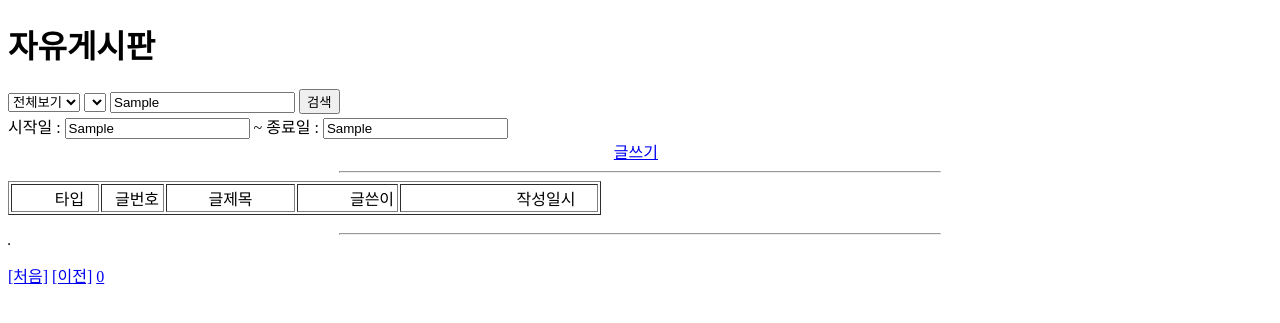
Repository: arcaorm00/seowoo_test
Page: http://localhost/mavenBoard/WEB-INF/view/freeBoard/freeBoardMain.jsp
An editor plug-in stored every save of this project. The page is shown before and after the next save, followed by the edit.
The browser window is 1280 px wide. The pictures show the whole page.
Empty fields were first filled with sample values (such as "Sample", 5 or name@example.com).
After loading, the first visible `#searchBtn` was clicked once.
The page is served by Tomcat 9. Nobody is signed in. Other server files are loaded and not shown. The template is opened directly, without the code that normally fills it, so the values that code supplies are empty.

Above is the page before, as saved 2021-01-04 06:44:37.
Console error (its wording comes from the project's code and is left out).

### mavenBoard/WebContent/WEB-INF/view/freeBoard/freeBoardMain.jsp
<%@ page language="java" contentType="text/html; charset=UTF-8"
    pageEncoding="UTF-8"%>
<%@taglib uri="http://java.sun.com/jsp/jstl/core" prefix="c"%>
<!DOCTYPE html PUBLIC "-//W3C//DTD HTML 4.01 Transitional//EN" "http://www.w3.org/TR/html4/loose.dtd">
<html>
<head>
<meta http-equiv="Content-Type" content="text/html; charset=UTF-8">
<title>Insert title here</title>
<script src="https://code.jquery.com/jquery-1.12.4.min.js"></script>

<script type="text/javascript">

	// 검색
	function searchFunction(page){

		var regExIsNumeric = /^[0-9]+$/;
		var deleteBlank = / /gi;

		var searchSelect = $("#searchSelect").val();
		var searchKeyword = $("#searchKeyword").val().replace(deleteBlank, "");

		if(searchSelect == 'DCOM001' && !searchKeyword.replace(regExIsNumeric, "") == ""){
			alert("검색어를 확인해주세요.\n글번호 검색은 숫자만 가능합니다.");
			return;
		}

		// 날짜 검색
		var regExIsDate = /[0-9]{4}\/[0-9]{2}\/[0-9]{2})/;
		var startDate = $("#startDate").val().replace(deleteBlank, "");
		var endDate = $("#endDate").val().replace(deleteBlank, "");

		if(!startDate.replaceAll("/", "").replace(regExIsNumeric, "") == "" || !endDate.replaceAll("/", "").replace(regExIsNumeric, "") == ""){
			alert("날짜는 숫자로만 입력할 수 있습니다.");
			$("#startDate").val("");
			$("#Date").val("");
			return;
		}
		if(!datatimeRegexp.test(startDate)){
			alert("날짜 입력 형식이 올바르지 않습니다.");
			return;
		}

		if((startDate != "" && endDate == "") || (startDate == "" && endDate != "")){
			alert("시작일과 종료일 중 하나를 비워둘 수는 없습니다.");
			return;
		}
		if(parseInt(startDate.replaceAll("/", "")) > parseInt(endDate.replaceAll("/", ""))){
			alert("종료일이 시작일보다 이전 날짜가 될 수는 없습니다.");
			return;
		}

		var searchJson = {searchField: searchSelect, keyword: searchKeyword, startDate: startDate, endDate: endDate, page: page};
		console.log(searchJson);

		$.ajax({
			data: searchJson,
			contentType: 'application/json;charset=UTF-8',
			url: "./mainSearch.ino",
			success: function(data){
				console.log(data);
				var list = data.list;
				var pagination = data.page;

				console.log(pagination);

				$("#boardTable").empty();

				var tbody = $("<tbody></tbody>");

				if(list.length > 0){
					for (var i = 0; i < list.length; i++) {
						var board = list[i];
						var tr = $("<tr></tr>");
						var type = $("<td style='width: 55px; padding-left: 30px;' align='center'></td>").html(board.codeType);
						var num = $("<td style='width: 50px; padding-left: 10px;' align='center'></td>").html(board.num);
						var link = $("<a href='./freeBoardDetail.ino?num="+board.num+"'></a>").text(board.title);
						var title = $("<td style='width: 125px;' align='left'></td>");
						title.append(link);
						var name = $("<td style='width: 48px; padding-left: 50px;' align='center'></td>").html(board.name);
						var regdate = $("<td style='width: 100px; padding-left: 95px;' align='center'></td>").html(board.regdate);
						tr.append(type, num, title, name, regdate);
						tbody.append(tr);
					}
				}else{
					var h4 = $("<h4 style='padding: 20px'></h4>").html("검색어에 해당하는 결과가 존재하지 않습니다.");
					var button = $("<button>목록으로</button>").attr("onClick", "location.href='./main.ino'");
					tbody.append(h4, button);
				}

				$("#boardTable").append(tbody);
				searchPagination(pagination);
				history.pushState('', null, '?searchField=' + searchSelect + "&keyword=" + searchKeyword + "&startDate=" + startDate + "&endDate=" + endDate + "&page=" + page);
			},
			error: function(request, status, error){
				console.log(status);
				console.log(error);
			}
		});
	}

	// 페이징
	function searchPagination(page){

		$("#paginationDiv").empty();

		var alpha = $("<span><a href='#' onClick='searchFunction(1);'>[처음]</a></span>");
		var prev = $("<span><a href='#' onClick='searchFunction(" + page.prevPage + ");'>[이전]</a></span>");
		var next = $("<span><a href='#' onClick='searchFunction(" + page.nextPage +");'>[다음]</a></span>");
		var omega = $("<span><a href='#' onClick='searchFunction(" + page.totalPage +");'>[끝]</a></span>");
		// var alpha = $("<span><a href='./main.ino?page=1'>[처음]</a></span>");
		// var prev = $("<span><a href='./main.ino?page=" + page.prevPage + "'>[이전]</a></span>");
		// var next = $("<span><a href='./main.ino?page=" + page.nextPage + "'>[다음]</a></span>");
		// var omega = $("<span><a href='./main.ino?page=" + page.totalBlock + "'>[끝]</a></span>");

		if(page.currentPage != 1){
			$("#paginationDiv").append(alpha, prev);
		}

		for (var pageNum = page.startBlock; pageNum <= page.endBlock; pageNum++){
			var span;
			if (pageNum == page.currentPage){
				span = $("<span style='color: red;'>" + pageNum + " </span>");
			}else{
				span = $("<span><a href='#' onClick='searchFunction(" + pageNum + ");'>" + pageNum + "</a> </span>");
			}
			$("#paginationDiv").append(span);
		}

		if(page.currentPage != page.totalPage && page.totalPage > 0){
			$("#paginationDiv").append(next);
		}
		if(page.currentPage != page.totalPage && page.totalPage > 0){
			$("#paginationDiv").append(omega);
		}
	}

	function textAutocomplete(event, date){
		var len = date.value.length;

		if(len == 4){ date.value += "/"; }
		if(len == 7){ date.value += "/"; }
	}

	$(function(){
		$("#searchKeyword").keypress(function(event){
			if(event.keyCode == 13){
				searchFunction(1);
			}
		})
	})
</script>
</head>
<body>

	<div>
		<h1>자유게시판</h1>
	</div>

	<div>
		<select id="searchSelect">
			<option value="">전체보기</option>
			<c:forEach var="nRow" items="${ searchList }">
				<option value="${ nRow.DECODE }" <c:if test="${ searchField eq nRow.DECODE }">selected</c:if>>${ nRow.DECODE_NAME }</option>
			</c:forEach>
		</select>
		<select id="yearSelect">
			<c:forEach var="nRow" items="${ yearList }">
				<option value="${ nRow.DECODE }" <c:if test="${ searchField eq nRow.DECODE }">selected</c:if>>${ nRow.DECODE_NAME }</option>
			</c:forEach>
		</select>
		<input type="text" id="searchKeyword" value="${ keyword }"/>
		<button type="button" id="searchBtn" name="searchBtn" onClick="searchFunction(1);">검색</button>
	</div>

	<div>
		시작일 : <input type="text" id="startDate" name="startDate" maxlength="10" onkeypress="textAutocomplete(event, this);" value="${ startDate }"/> ~
		종료일 : <input type="text" id="endDate" name="endDate" maxlength="10" onkeypress="textAutocomplete(event, this);" value="${ endDate }"/>
	</div>

	<div style="width:650px;" align="right">
		<a href="./freeBoardInsert.ino">글쓰기</a>
	</div>
	<hr style="width: 600px;">
	<div style="padding-bottom: 10px;">
		<table border="1">
			<thead>
				<tr>
					<td style="width: 55px; padding-left: 30px;" align="center">타입</td>
					<td style="width: 50px; padding-left: 10px;" align="center">글번호</td>
					<td style="width: 125px;" align="center">글제목</td>
					<td style="width: 48px; padding-left: 50px;" align="center">글쓴이</td>
					<td style="width: 100px; padding-left: 95px;" align="center">작성일시</td>
				</tr>
			</thead>
		</table>
	</div>
	<hr style="width: 600px;">

	<div id="boardDiv">
		<table id="boardTable" border="1">
			<tbody>
					<c:forEach var="dto" items="${ freeBoardList }">
					<tr>
						<td style="width: 55px; padding-left: 30px;" align="center">${ dto.codeType }</td>
						<td style="width: 50px; padding-left: 10px;" align="center">${ dto.num }</td>
						<td style="width: 125px;" align="left"><a href="./freeBoardDetail.ino?num=${ dto.num }">${ dto.title }</a></td>
						<td style="width: 48px; padding-left: 50px;" align="center">${ dto.name }</td>
						<td style="width: 100px; padding-left: 95px;" align="center">${ dto.regdate }</td>
					<tr>
					</c:forEach>
			</tbody>
		</table>
	</div>

	<br>

	<div id="paginationDiv">
		<c:if test="${ pagination.currentPage != 1 }">
			<span><a href="#" onClick="searchFunction(1);">[처음]</a></span>
		</c:if>
		<c:if test="${ pagination.currentPage != 1 }">
			<span><a href="#" onClick="searchFunction(${ pagination.prevPage });">[이전]</a></span>
		</c:if>

		<c:forEach var="pageNum" begin="${ pagination.startBlock }" end="${ pagination.endBlock }">
			<c:choose>
				<c:when test="${ pageNum == pagination.currentPage }">
					<span style="color: red;">${ pageNum }</span>
				</c:when>
				<c:otherwise>
					<span><a href="#" onClick="searchFunction(${ pageNum });">${ pageNum }</a></span>
				</c:otherwise>
			</c:choose>
		</c:forEach>

		<c:if test="${ pagination.currentPage != pagination.totalPage && pagination.totalPage > 0 }">
			<span><a href="#" onClick="searchFunction(${ pagination.nextPage });">[다음]</a></span>
		</c:if>
		<c:if test="${ pagination.currentPage != pagination.totalBlock && pagination.totalBlock > 0 }">
			<span><a href="#" onClick="searchFunction(${ pagination.totalBlock });">[끝]</a></span>
		</c:if>
	</div>

</body>
</html>

After the next save:
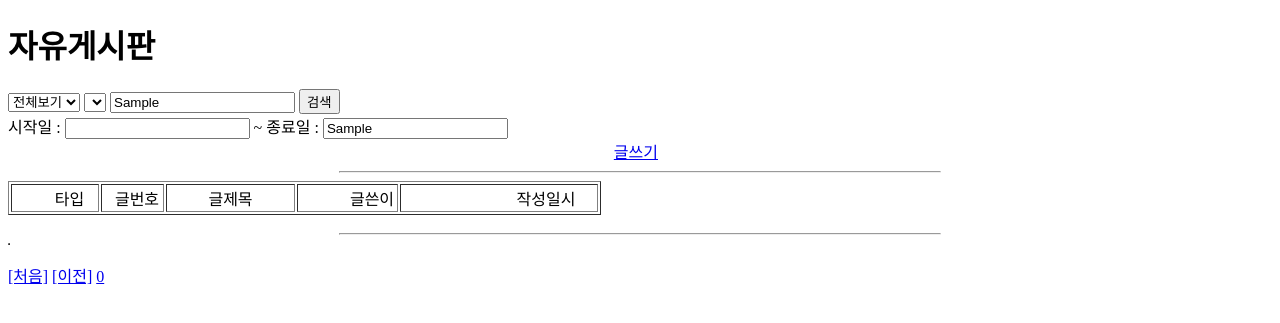
The error is gone.
Saved 24 s later.
--- a/mavenBoard/WebContent/WEB-INF/view/freeBoard/freeBoardMain.jsp
+++ b/mavenBoard/WebContent/WEB-INF/view/freeBoard/freeBoardMain.jsp
@@ -25,7 +25,7 @@
 		}
 
 		// 날짜 검색
-		var regExIsDate = /[0-9]{4}\/[0-9]{2}\/[0-9]{2})/;
+		var regExIsDate = /[0-9]{4}\/[0-9]{2}\/[0-9]{2}/;
 		var startDate = $("#startDate").val().replace(deleteBlank, "");
 		var endDate = $("#endDate").val().replace(deleteBlank, "");
 
